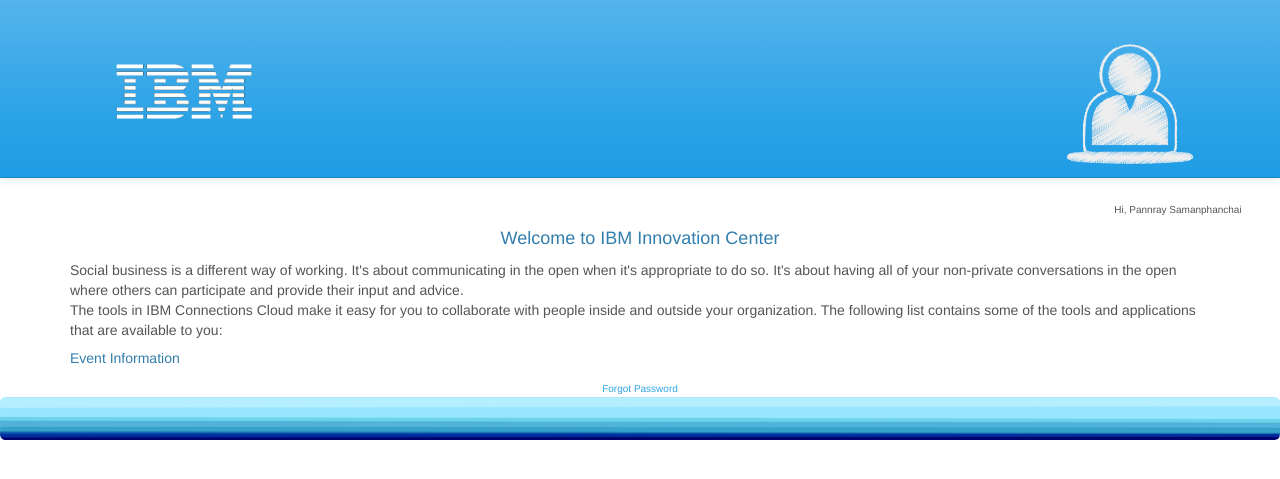
Repository: InnovationCenterOrg/InnovationCustomer
Page: http://localhost/InnovationCustomer/view/test.jsp
The author's editor kept a copy of each file at every save. The page is drawn from the files as they stood at one save, then again after the next save.
The browser window is 1280 px wide. The pictures show the whole page.
Some web libraries are served in a nearby version. The page is served by Tomcat 9.

Above is the page before, as saved 2016-03-03 04:30:48.

After the next save:
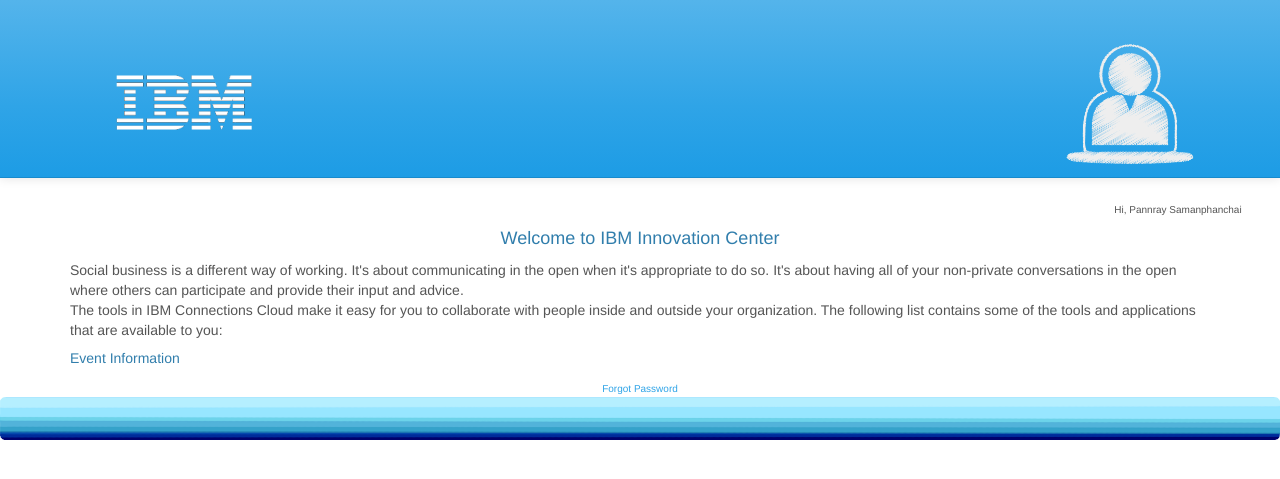
Saved 7 s later.
--- a/InnovationCustomer/WebContent/view/test.jsp
+++ b/InnovationCustomer/WebContent/view/test.jsp
@@ -20,7 +20,7 @@
    		<div class="container">
    			<div>
    			<a href="ViewProfileInitAction">
-				<img style="margin-top: 2%;" align="left" class="img-responsive" src="logo-ibm-white.png" width="20%" height="20%"/>
+				<img style="margin-top: 3%;" align="left" class="img-responsive" src="logo-ibm-white.png" width="20%" height="20%"/>
 			</a>
 			</div>
 			<div>
